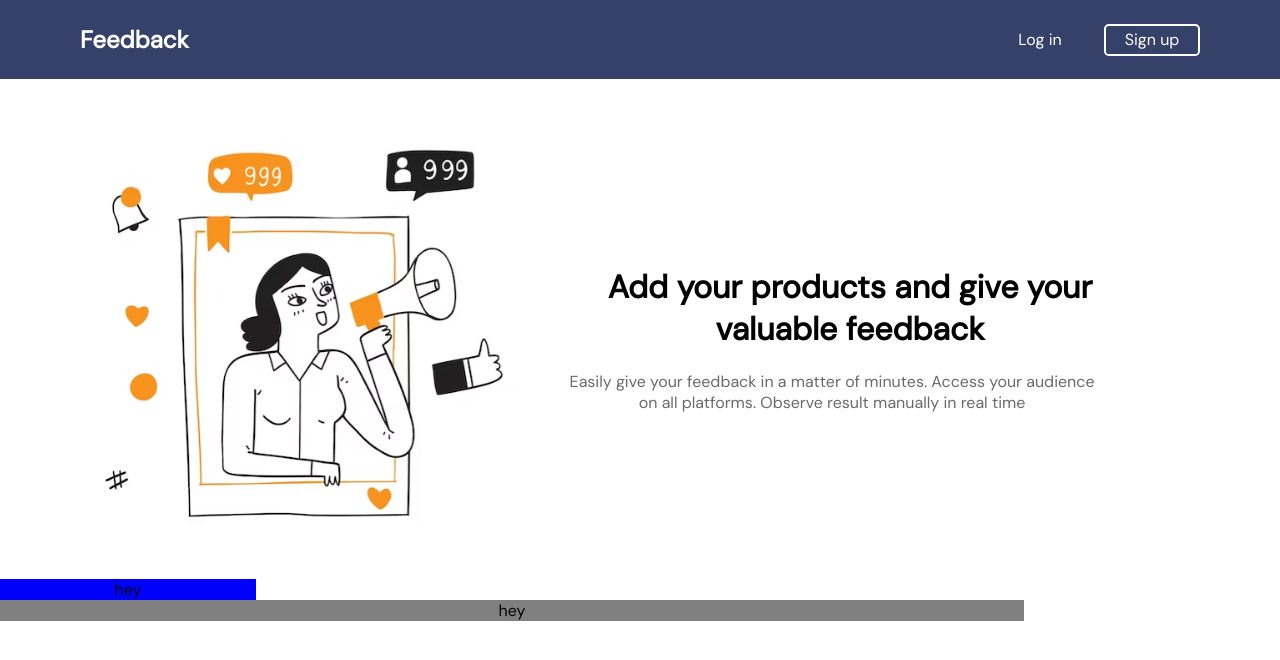
Repository: drumsmanku/final-evaluation-test
Page: / (app in client/)
An editor plug-in stored every save of this project. The page is shown before and after the next save, followed by the edit.
The browser window is 1280 px wide. The pictures show the whole page.
The page's requests for data from a server got no answer. The project was rebuilt for these pictures with package versions that can differ from the ones it lists, and the page was loaded fresh each time. No one was signed in, and anything a server would have sent is missing.

Above is the page before, as saved 2023-07-28 13:44:30.

### client/src/App.js
import './App.css';
import { BrowserRouter as Router, Route, Routes} from 'react-router-dom';
import MainPage from './Components/MainPage';
function App() {
  return (
    <div className="App">
      <Router>
        <Routes>
          <Route path='/' element={<MainPage/>}/>


        </Routes>
      </Router>
    </div>
  );
}

export default App;

### client/src/Components/MainPage.js
import React, {useState, useEffect} from 'react';
import '../CSS/MainPage.css';
import profile from'../Assets/profilepic.webp';
import img1 from '../Assets/frontphoto.png';
import axios from 'axios';

function MainPage() {
  const [categorySet, setCategorySet]=useState([])
  const [isLoggedIn, setIsLoggedIn]=useState(false);
  const [products, setProdcts]=useState([])
  useEffect(()=>{
    const User=localStorage.getItem('user');
    if(User){
      setIsLoggedIn(true);
    }

  }, []);
  const handleLogout=()=>{
    localStorage.removeItem('user');
    setIsLoggedIn(false);
  }
  const handleCategoryClick=(event)=>{
    const currentCat=event.target.value;
    if(!categorySet.includes(currentCat)){
      setCategorySet([...categorySet, event.target.value]);
    }
    else{
      setCategorySet(categorySet.filter(cat=>cat!=currentCat))
    }

  }

  useEffect(()=>{
    const category=categorySet
    axios.get(`http://localhost/4000/get-prods/category=${category.join(',')}`)
    .then((res)=>{setProdcts(res.data.products)})
    .catch(err=>console.log(err))

  }, [categorySet])

  return (
    <div className='main-container'>
      <div className="main-top-container">
        <div className='navbar' >
          <div style={{display:'flex',width:'100%', justifyContent:' space-between', alignItems:'center',}}>
          <h3 style={{marginLeft:'5rem', color:'white', fontSize:'1.5rem'}}>Feedback</h3>
          <div style={{display:'flex', marginRight:'5rem'}}>
              {isLoggedIn ? (
                <>
                  <button style={{background:'none', fontSize:'large', border:'none', fontFamily:'DM Sans', color:'white'}} onClick={handleLogout}>Logout</button>
                  <span style={{color:'white', fontFamily:'DM Sans', fontSize:'large', display:'flex', alignItems:'center', marginLeft:'1rem'}}>Hello!</span>
                  <img src={profile} alt="" height={50} width={50} style={{borderRadius:'100%', marginLeft:'1rem'}} />
                </>
              ) : (
                <>
                  <button className='btn-main-page-login' type='submit'  >Log in</button>
                  <button type='submit'  className='btn-main-page-register' >Sign up</button>
                </>
              )}
            </div>
          </div>
        </div>
        <div className="title-desc">
          <img src={img1} alt="" height={500} style={{marginLeft:'3rem'}}/>
          <div style={{display:'flex', flexDirection:'column', marginLeft:'2rem'}}>
              <h1 style={{maxWidth:'80%'}}> Add your products and give your valuable feedback</h1>
              <span style={{maxWidth:'75%', color:'#6A6A6A'}}>Easily give your feedback in a matter of minutes. Access your audience on all platforms. Observe result manually in real time</span>
          </div>
        </div>
      </div>
      <div className="main-bottom-container">
        <div className="bottom-left">
          hey
        </div>
        <div className="bottom-right">
          hey
        </div>
      </div>
    </div>
  )
}

export default MainPage

### client/src/CSS/MainPage.css
@import url('https://fonts.googleapis.com/css2?family=DM+Sans&display=swap');

body{
  font-family: 'DM Sans';
}
.main-container{
  height: 100vh;
  width: 100vw;
  display: flex;
  flex-direction: column;

}
.main-top-container{
  width: 100%;
}
.btn-main-page-login{
  height: 2rem;
  width: 6rem;
  font-weight: 500;
  font-size: medium ;
  background: none;
  border: none;
  border-radius: 0.3rem;
  margin-left: 1rem;
  margin-bottom:0;
  color: white;
  font-family: 'DM Sans';
  cursor: pointer;
}
.btn-main-page-register{
  height: 2rem;
  width: 6rem;
  font-size: medium;
  font-weight: 500;
  background-color: #36416A;
  border: 2px solid white;
  border-radius: 0.3rem;
  margin-left: 1rem;
  margin-bottom:0;
  color: white;
  font-family: 'DM Sans';
  cursor: pointer;
}
.navbar{
  width: 100%;
  background-color: #36416A;
}
.title-desc{
  width: 100%;
  display: flex;
  align-items: center;
  justify-content: space-around;

}
.bottom-left{
  width: 20%;
  background-color: blue;
}
.bottom-right{
  width: 80%;
  background-color: gray;
}

Loaded but not shown: client/public/index.html (common file); client/src/index.js (common file); client/src/index.css (common file); client/src/App.css (common file)

After the next save:
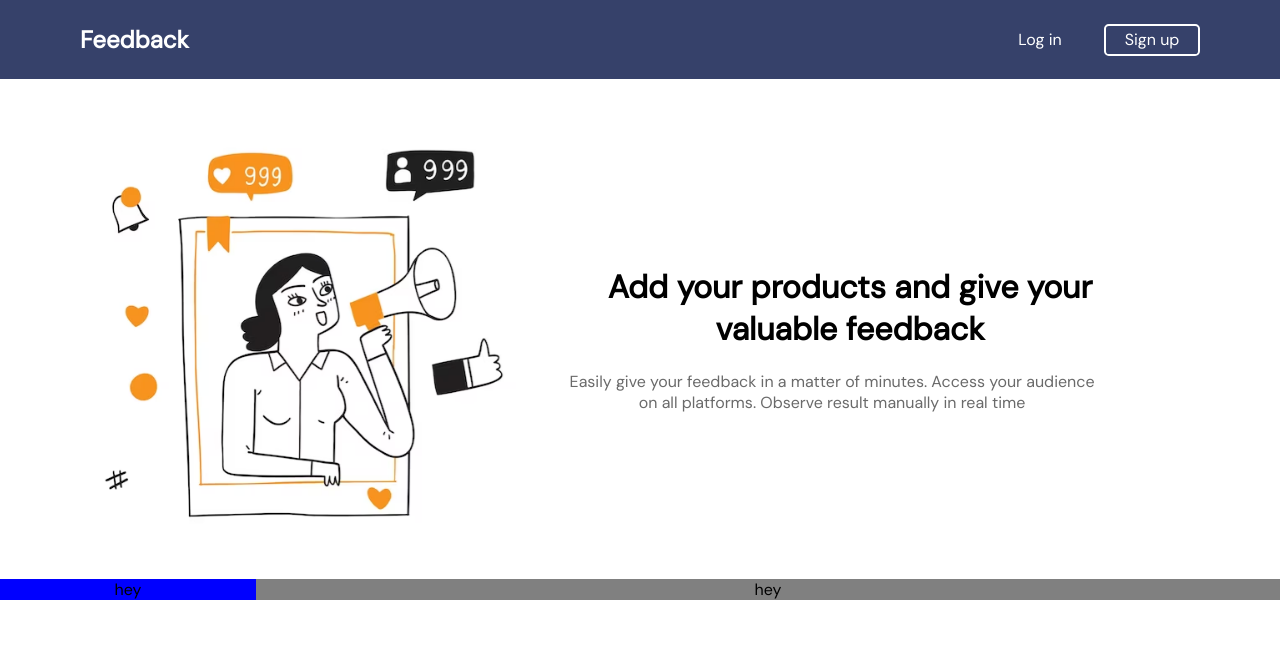
Saved 2 min 38 s later.
--- a/client/src/CSS/MainPage.css
+++ b/client/src/CSS/MainPage.css
@@ -60,3 +60,7 @@ body{
   width: 80%;
   background-color: gray;
 }
+.main-bottom-container{
+  width:100%;
+  display: flex;
+}
